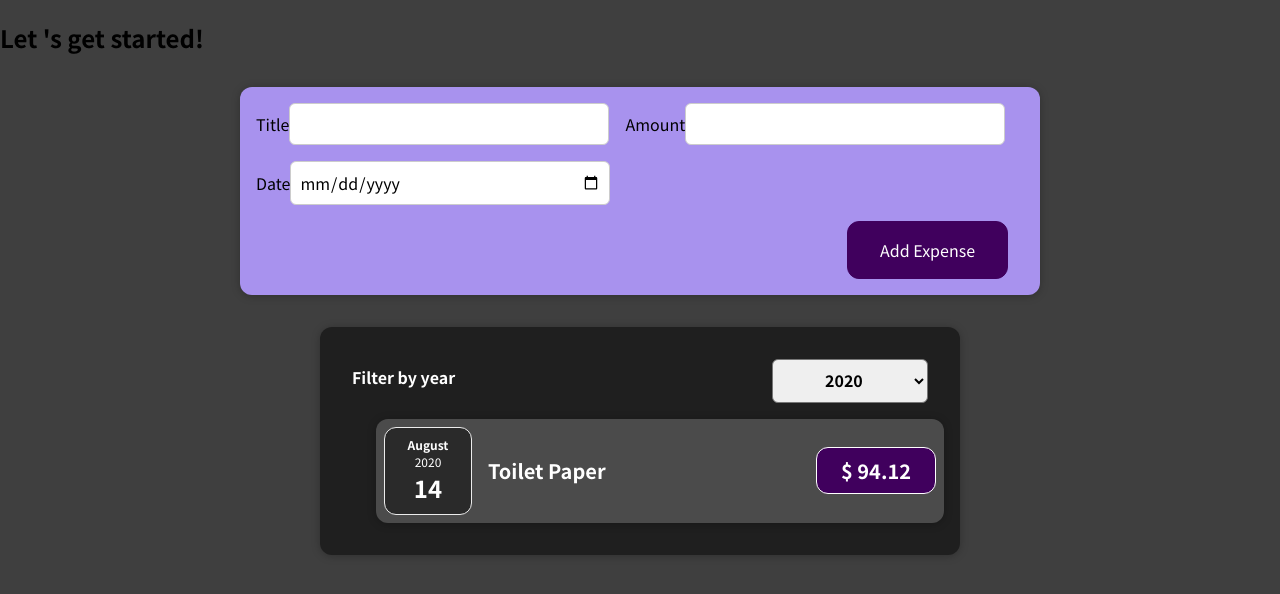
Repository: prathmeshgodbole/react-complete
Page: /
These files come from the project's save history. The page is drawn as it stood at one moment and after the next save; the edit follows.
The browser window is 1280 px wide. The pictures show the whole page.
The project was rebuilt for these pictures with package versions that can differ from the ones it lists, and the page was loaded fresh each time.

Above is the page before, as saved 2021-07-06 17:08:25.

### src/App.js
import React,{useState} from "react";
import Expenses from "./components/Expenses/Expenses";
import NewExpense from "./components/NewExpense/NewExpense";

const DUMMY_EXPENSES = [
  {
    id: 'e1',
    title: 'Toilet Paper',
    amount: 94.12,
    date: new Date(2020, 7, 14),
  },
  { id: 'e2', title: 'New TV', amount: 799.49, date: new Date(2021, 2, 12) },
  {
    id: 'e3',
    title: 'Car Insurance',
    amount: 294.67,
    date: new Date(2021, 2, 28),
  },
  {
    id: 'e4',
    title: 'New Desk (Wooden)',
    amount: 450,
    date: new Date(2021, 5, 12),
  },
];

  const App=()=>{
    const[expenses,setExpenses]=useState(DUMMY_EXPENSES);

  const addExpenseHandler=expense=>{
    setExpenses(prevExpenses=>{
      return[expense,...prevExpenses]
    });
  };

  // return React.createElement(
  //   "div",
  //   {},
  //   React.createElement("h2", {}, "Let's get started.!"),
  //   React.createElement(Expenses, { items: expenses })
  // );

return (
    <div>
      <h2> Let 's get started!</h2>
      <NewExpense onAddExpense={addExpenseHandler}/>
     <Expenses items={expenses}/>
    </div>
  );
}


export default App;

### src/components/Expenses/Expenses.js
import React, { useState } from "react";
import ExpensesList from "./ExpensesList";
import "./Expenses.css";
import Card from "../UI/Card";
import ExpenseFilter from "./ExpenseFilter";

const Expenses = (props) => {
  const [filteredYear, setFilteredYear] = useState("2020");

  const filterChangeHandler = (selectedYear) => {
    setFilteredYear(selectedYear);
  };

  const filteredExpenses = props.items.filter((expense) => {
    return expense.date.getFullYear().toString() === filteredYear;
  });


  return (
    <div>
      <Card className="expenses">
        <ExpenseFilter
          selected={filteredYear}
          onChangeFilter={filterChangeHandler}
        />
        <ExpensesList items={filteredExpenses}/>
        {/* {expensesContent} */}
        {/* 2nd way of Conditional Statement */}
        {/* {filteredExpenses.length === 0 && <p>No Expences Item Found</p>}
        {filteredExpenses.length > 0 &&
          filteredExpenses.map((expense) => (
            <ExpenseItem
              key={expense.id}
              title={expense.title}
              amount={expense.amount}
              date={expense.date}
            />
          ))} */}

        {/* <ExpenseItem
        title={props.items[0].title}
        amount={props.items[0].amount}
        date={props.items[0].date}
      />
      <ExpenseItem
        title={props.items[1].title}
        amount={props.items[1].amount}
        date={props.items[1].date}
      />
      <ExpenseItem
        title={props.items[2].title}
        amount={props.items[2].amount}
        date={props.items[2].date}
      />
      <ExpenseItem
        title={props.items[3].title}
        amount={props.items[3].amount}
        date={props.items[3].date}
      /> */}
      </Card>
    </div>
  );
};

export default Expenses;

### src/components/NewExpense/NewExpense.js
import React from "react";
import ExpenseForm from "./ExpenseForm";
import "./NewExpense.css";
const NewExpense = (props) => {
  const saveExpenseDataHandler = (enteredExpenseData) => {
    const expenseData = {
      ...enteredExpenseData,
      id: Math.random().toString(),
    };
    props.onAddExpense(expenseData);
    // console.log(expenseData);
  };
  return (
    <div className="new-expense">
      <ExpenseForm onSaveExpenseData={saveExpenseDataHandler} />
    </div>
  );
};
export default NewExpense;

### src/components/Expenses/ExpensesList.js
import React from "react";
import ExpenseItem from "./ExpenseItem";
import "./ExpensesList.css";
const ExpensesList = (props) => {
  // Best Way of Conditional Statement
  let expensesContent = <p>No Expences Item Found</p>;
  if (props.items.length === 0) {
return(<h2 className=''></h2>)
}
  return(
      <ul className='.expenses-list'>
{props.items.map((expense) => (
      <ExpenseItem
        key={expense.id}
        title={expense.title}
        amount={expense.amount}
        date={expense.date}
      />
    ))}
      </ul>
  )
};
export default ExpensesList;

### src/components/Expenses/Expenses.css
.expenses {
    padding: 1rem;
    background-color: rgb(31, 31, 31);
    margin: 2rem auto;
    width: 50rem;
    max-width: 50%;
}

### src/components/UI/Card.js
import React from "react";

import "./Card.css";
const Card = (props) => {
  const classes = "card " + props.className;
  return <div className={classes}> {props.children} </div>;
};

export default Card;

### src/components/Expenses/ExpenseFilter.js
import React from "react";
import "./ExpenseFilter.css";
const ExpenseFilter = (props) => {
  const dropdownChangeHandler = (event) => {
    props.onChangeFilter(event.target.value);
  };
  return (
    <div className="expenses-filter">
      <div className="expenses-filter__control">
        <label> Filter by year </label>
        <select value={props.selected} onChange={dropdownChangeHandler}>
          <option value="2021"> 2021 </option>
          <option value="2022"> 2022 </option>
          <option value="2020"> 2020 </option>
          <option value="2019"> 2019 </option>
        </select>
      </div>
    </div>
  );
};

export default ExpenseFilter;

### src/components/NewExpense/ExpenseForm.js
import React, { useState } from "react";
import "./ExpenseForm.css";

const ExpenseForm = (props) => {
  const [enteredTitle, setEnteredTitle] = useState('');
  const [enteredAmount, setEnteredAmount] = useState('');
  const [enteredDate, setEnteredDate] = useState('');

  // const[userInput,setUserInput]=useState({
  //     enteredTitle:'',
  //     enteredAmount:'',
  //     enteredDate:''
  // });

  const titleChangeHandler = (event) => {
    setEnteredTitle(event.target.value);

    //  2nd Way
    // setUserInput({
    //   ...userInput,
    //   enteredTitle:event.target.value,
    // })

    // 3rd Way
    //     setUserInput((prevState)=>{
    // return{...prevState,enteredTitle:event.target.value};
    //     });
  };

  const amountChangeHandler = (event) => {
    setEnteredAmount(event.target.value);
    // setUserInput({
    //   ...userInput,
    //   enteredAmount:event.target.value,
    // })
  };

  const dateChangeHandler = (event) => {
    setEnteredDate(event.target.value);
    // setUserInput({
    //   ...userInput,
    //   enteredDate:event.target.value,
    // })
  };

  const submitHandler = (event) => {
    event.preventDefault();
    const expenseData = {
      title: enteredTitle,
      amount: enteredAmount,
      date: new Date(enteredDate),
    };
    props.onSaveExpenseData(expenseData);
    // console.log(expenseData);
    setEnteredTitle('');
    setEnteredAmount('');
    setEnteredDate('');
  };

  return (
    <form onSubmit={submitHandler}>
      <div className='new-expense__controls'>
        <div className='new-expense__control'>
          <lable>Title</lable>
          <input
            type='text'
            value={enteredTitle}
            onChange={titleChangeHandler}
          />
        </div>

        <div className='new-expense__control'>
          <lable>Amount</lable>
          <input
            type='number'
            min='0.01'
            step='0.01'
            value={enteredAmount}
            onChange={amountChangeHandler}
          />
        </div>

        <div className='new-expense__control'>
          <lable>Date</lable>
          <input
            type='date'
            min='2019-01-01'
            max='2022-12-31'
            value={enteredDate}
            onChange={dateChangeHandler}
          />
        </div>
      </div>

      <div className='new-expense__actions'>
        <button type='Submit'>Add Expense</button>
      </div>
    </form>
  );
};
export default ExpenseForm;

### src/components/NewExpense/NewExpense.css
.new-expense {
    background-color: #a892ee;
    padding: 1rem;
    margin: 2rem auto;
    width: 50rem;
    max-width: 95%;
    border-radius: 12px;
    text-align: center;
    box-shadow: 0 1px 8px rgba(0, 0, 0, 0.25);
}

.new-expense button {
    font: inherit;
    cursor: pointer;
    padding: 1rem 2rem;
    border: 1px solid #40005d;
    background-color: #40005d;
    color: white;
    border-radius: 12px;
    margin-right: 1rem;
}

.new-expense button:hover,
.new-expense button:active {
    background-color: #510674;
    border-color: #510674;
}

.new-expense button.alternative {
    color: #220131;
    border-color: transparent;
    background-color: transparent;
}

.new-expense button.alternative:hover,
.new-expense button.alternative:active {
    background-color: #ddb3f8;
}

### src/components/Expenses/ExpenseItem.js
import React from "react";
import ExpenseDate from "./ExpenseDate";
import Card from "../UI/Card";
import "./ExpenseItem.css";

const ExpenseItem = (props) => {

  console.log('ExpenseItem Evaluated by REACT..!');
  // let title=props.title;

  // function clickHandler(){}


  return (
    <Card className='expense-item'>
      <ExpenseDate date={props.date} />
      <div className='expense-item__description'>
        <h2> {props.title} </h2>
        <div className='expense-item__price'> $ {props.amount} </div>
      </div>
    </Card>
  );
};
export default ExpenseItem;

### src/components/UI/Card.css
    .card {
        border-radius: 12px;
        box-shadow: 0 1px 8px rgba(0, 0, 0, 0.25);
    }

### src/components/Expenses/ExpenseDate.js
import React from "react";

import "./ExpenseDate.css";
const ExpenseDate = (props) => {
  const month = props.date.toLocaleString('en-US', { month: 'long' });
  const year = props.date.getFullYear();
  const day = props.date.toLocaleString('en-US', { day: '2-digit' });

  return (
    <div className='expense-date'>
      <div className='expense-date__month'> {month} </div>
      <div className='expense-date__year'> {year} </div>
      <div className='expense-date__day'> {day} </div>
    </div>
  );
};

export default ExpenseDate;

### src/components/Expenses/ExpenseItem.css
.expense-item {
    display: flex;
    justify-content: space-between;
    align-items: center;
    padding: 0.5rem;
    margin: 1rem 0;
    background-color: #4b4b4b;
}

.expense-item__description {
    display: flex;
    flex-direction: column;
    gap: 1rem;
    align-items: flex-end;
    flex-flow: column-reverse;
    justify-content: flex-start;
    flex: 1;
}

.expense-item h2 {
    color: #3a3a3a;
    font-size: 1rem;
    flex: 1;
    margin: 0 1rem;
    color: white;
}

.expense-item__price {
    font-size: 1rem;
    font-weight: bold;
    color: white;
    background-color: #40005d;
    border: 1px solid white;
    padding: 0.5rem;
    border-radius: 12px;
}

@media (min-width: 580px) {
    .expense-item__description {
        flex-direction: row;
        align-items: center;
        justify-content: flex-start;
        flex: 1;
    }
    .expense-item__description h2 {
        font-size: 1.25rem;
    }
    .expense-item__price {
        font-size: 1.25rem;
        padding: 0.5rem 1.5rem;
    }
}

Loaded but not shown: public/index.html (common file); src/index.js (common file); src/index.css (common file); src/components/Expenses/ExpenseFilter.css (common file); src/components/NewExpense/ExpenseForm.css (common file); src/components/Expenses/ExpenseDate.css (common file); src/components/Expenses/ExpensesList.css (common file)

After the next save:
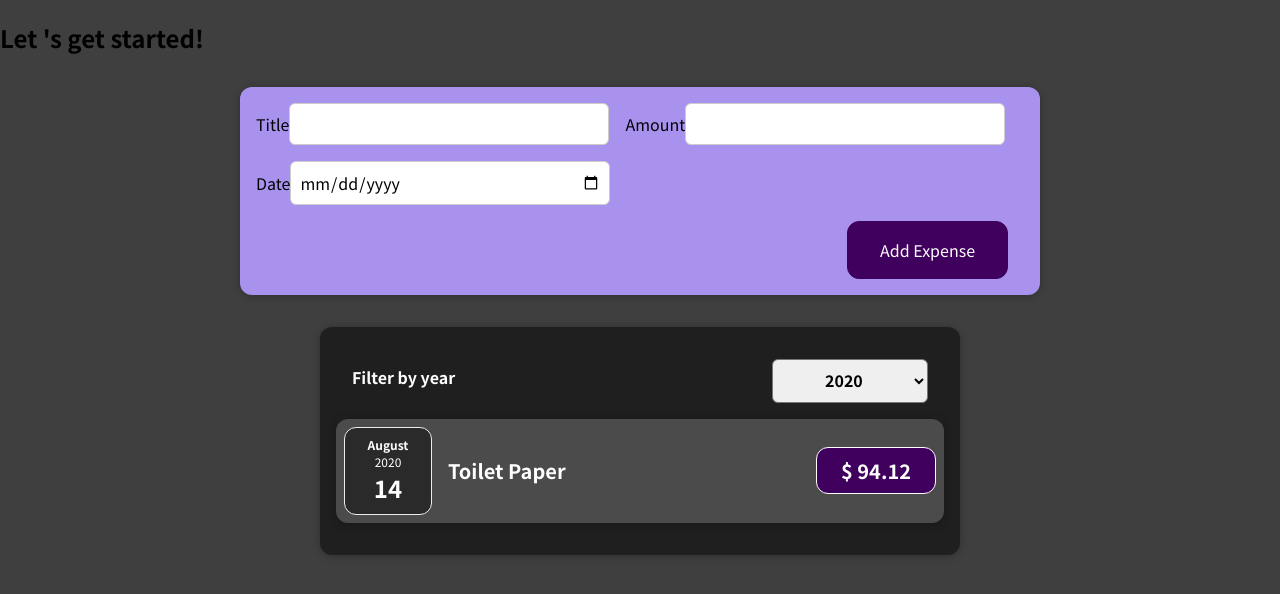
Saved 15 s later.
--- a/src/components/Expenses/ExpensesList.js
+++ b/src/components/Expenses/ExpensesList.js
@@ -8,7 +8,7 @@ const ExpensesList = (props) => {
 return(<h2 className=''></h2>)
 }
   return(
-      <ul className='.expenses-list'>
+      <ul className='expenses-list'>
 {props.items.map((expense) => (
       <ExpenseItem
         key={expense.id}
